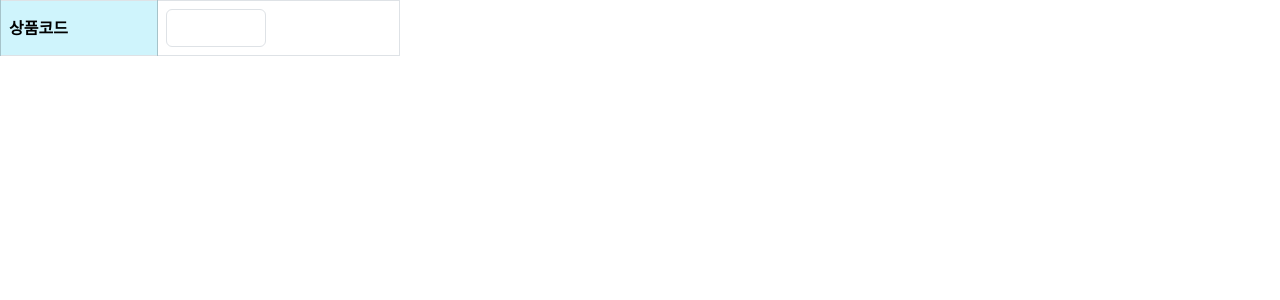
Repository: jini8293/Sist_04
Page: jspwork/jspProject/src/main/webapp/day0305/form_ex2.html
An editor plug-in stored every save of this project. The page is shown before and after the next save, followed by the edit.
The browser window is 1280 px wide. The pictures show the whole page.
Some web fonts or font styles are not loaded; a fallback is used.

Above is the page before, as saved 2024-03-05 07:23:14.

After the next save:
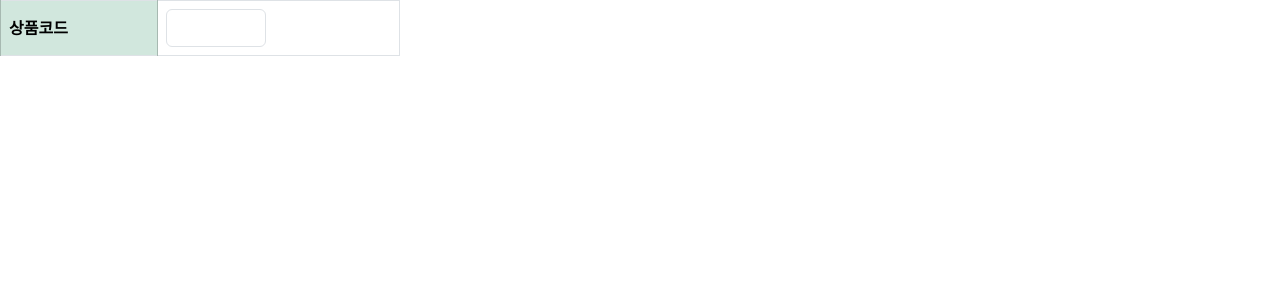
Saved 9 s later.
--- a/jspwork/jspProject/src/main/webapp/day0305/form_ex2.html
+++ b/jspwork/jspProject/src/main/webapp/day0305/form_ex2.html
@@ -15,7 +15,7 @@
 	<form id="frm">
 		<table class="table table-bordered" style="width: 400px">
 			<tr>
-				<th valign="middle" class="table-info">상품코드</th>
+				<th valign="middle" class="table-success">상품코드</th>
 				<td><input type="text" name="scode" id="scode"
 					class="form-control" style="width: 100px;"></td>
 			</tr>
